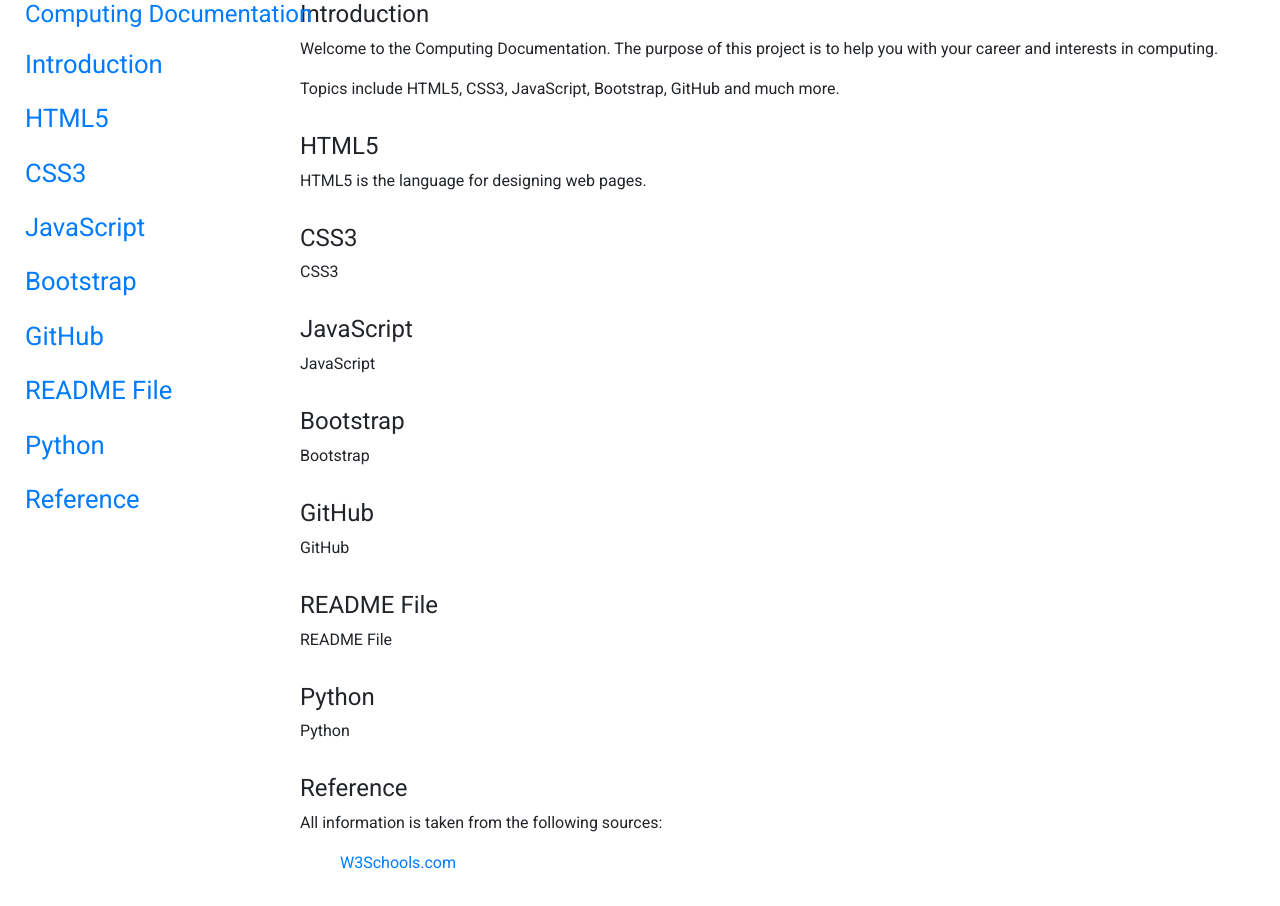
Repository: derektypist/technical-documentation-page
Page: index.html
The author's editor kept a record of every edit. The page is drawn from the files as they stood at one moment, then again after the next edit.
The browser window is 1280 px wide. The pictures show the whole page.

Above is the page before.

### index.html
<!DOCTYPE html>
<html lang="en">

<head>
  <meta charset="UTF-8">
  <meta name="viewport" content="width=device-width, initial-scale=1.0">
  <meta http-equiv="X-UA-Compatible" content="ie=edge">
  <title>Technical Documentation Page</title>
  <!-- Load Style Sheets -->
  <link rel="stylesheet" href="https://maxcdn.bootstrapcdn.com/bootstrap/4.4.1/css/bootstrap.min.css" integrity="sha384-Vkoo8x4CGsO3+Hhxv8T/Q5PaXtkKtu6ug5TOeNV6gBiFeWPGFN9MuhOf23Q9Ifjh" crossorigin="anonymous">
  <link href="https://fonts.googleapis.com/css?family=Roboto|Roboto+Mono&display=swap" rel="stylesheet">
  <style>
    /* Navigation */

    #navbar {
      font-family: "Roboto", Arial, Verdana, sans-serif;
      margin-left: 25px;
      font-size: 2vw;
      position: fixed;
    }

    /* Main Content */

    #main-doc {
      font-family: "Roboto", Arial, Verdana, sans-serif;
      padding-left: 300px;
    }

    /* Main Section */

    .main-section {
      padding-bottom: 15px;
    }
  </style>
</head>

<body>
  <!-- Set Up Navigation -->
  <nav class="navbar-nav" id="navbar">
    <header>
      <h4><a href="index.html" title="Return to Home Page">Computing Documentation</a></h4>
    </header>


    <!-- Set Up List Items Vertically -->
    <ul class="navbar-nav">
      <li class="nav-item">
        <a class="nav-link" href="#Introduction">Introduction</a>
      </li>
      <li class="nav-item">
        <a class="nav-link" href="#HTML5">HTML5</a>
      </li>
      <li class="nav-item">
        <a class="nav-link" href="#CSS3">CSS3</a>
      </li>
      <li class="nav-item">
        <a class="nav-link" href="#JavaScript">JavaScript</a>
      </li>
      <li class="nav-item">
        <a class="nav-link" href="#Bootstrap">Bootstrap</a>
      </li>
      <li class="nav-item">
        <a class="nav-link" href="#GitHub">GitHub</a>
      </li>
      <li class="nav-item">
        <a class="nav-link" href="#README_File">README File</a>
      </li>
      <li class="nav-item">
        <a class="nav-link" href="#Python">Python</a>
      </li>
      <li>
        <a class="nav-link" href="#Reference">Reference</a>
      </li>
  </nav>

  <!-- Set Up Main Content -->
  <main id="main-doc">

    <!-- Provide Section for Introduction -->
    <section class="main-section" id="Introduction">
      <header>
        <h4>Introduction</h4>
      </header>
      <article>
        <p>Welcome to the Computing Documentation. The purpose of this project is to help you with your career and interests in computing.</p>
        <p>Topics include HTML5, CSS3, JavaScript, Bootstrap, GitHub and much more.</p>
      </article>
    </section>

    <!-- Provide Section for HTML5 -->
    <section class="main-section" id="HTML5">
      <header>
        <h4>HTML5</h4>
      </header>
      <article>
        <p>HTML5 is the language for designing web pages.</p>
      </article>
    </section>

    <!-- Provide Section for CSS3 -->
    <section class="main-section" id="CSS3">
      <header>
        <h4>CSS3</h4>
      </header>
      <article>
        <p>CSS3</p>
      </article>
    </section>

    <!-- Provide Section for JavaScript -->
    <section class="main-section" id="JavaScript">
      <header>
        <h4>JavaScript</h4>
      </header>
      <article>
        <p>JavaScript</p>
      </article>
    </section>

    <!-- Provide Section for Bootstrap -->
    <section class="main-section" id="Bootstrap">
      <header>
        <h4>Bootstrap</h4>
      </header>
      <article>
        <p>Bootstrap</p>
      </article>
    </section>


    <!-- Provide Section for GitHub -->
    <section class="main-section" id="GitHub">
      <header>
        <h4>GitHub</h4>
      </header>
      <article>
        <p>GitHub</p>
      </article>
    </section>

    <!-- Provide Section for README File -->
    <section class="main-section" id="README_File">
      <header>
        <h4>README File</h4>
      </header>
      <article>
        <p>README File</p>
      </article>
    </section>

    <!-- Provide Section for Python -->
    <section class="main-section" id="Python">
      <header>
        <h4>Python</h4>
      </header>
      <article>
        <p>Python</p>
      </article>
    </section>

    <!-- Provide Section for Reference -->
    <section class="main-section" id="Reference">
      <header>
        <h4>Reference</h4>
      </header>
      <article>
        <p>All information is taken from the following sources:</p>
        <ul>
          <a href="https://www.w3schools.com" target="_blank" title="W3Schools.com">W3Schools.com</a>
        </ul>
      </article>
    </section>
  </main>
</body>

</html>

After the next edit:
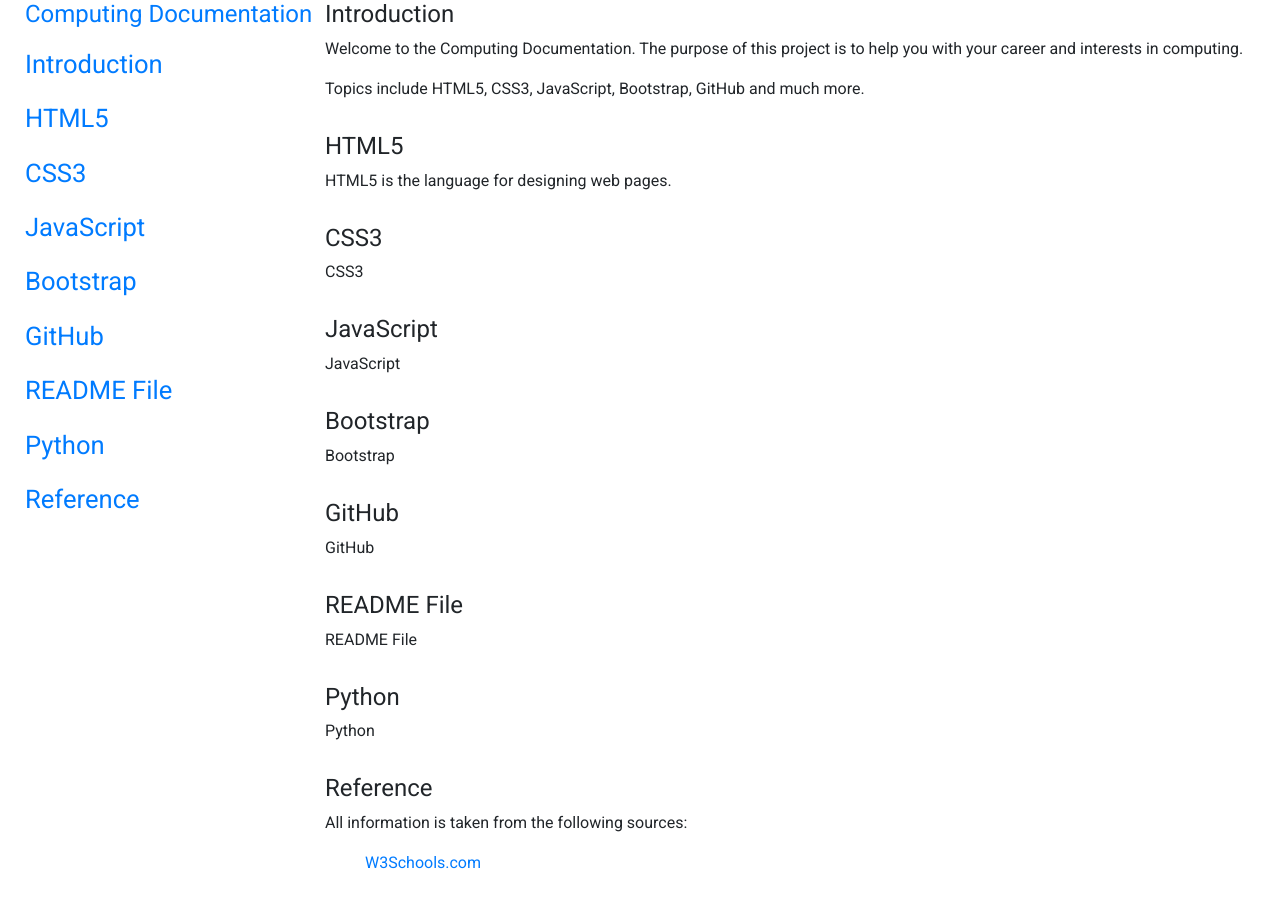
The edit:
--- a/index.html
+++ b/index.html
@@ -23,7 +23,7 @@
 
     #main-doc {
       font-family: "Roboto", Arial, Verdana, sans-serif;
-      padding-left: 300px;
+      padding-left: 325px;
     }
 
     /* Main Section */
